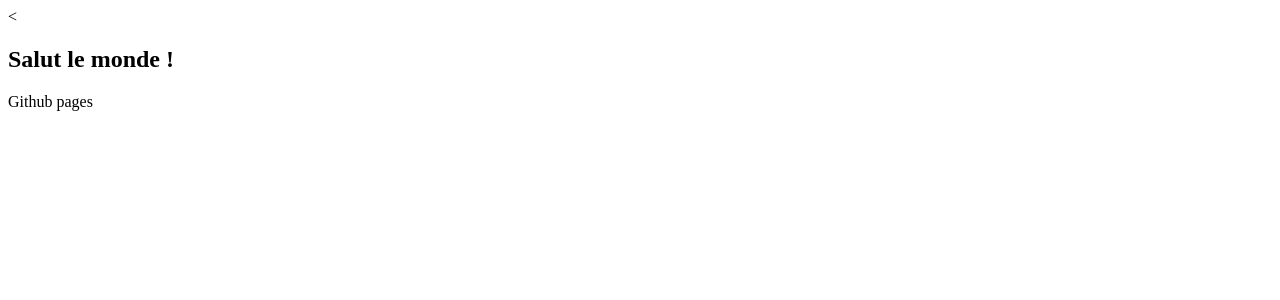
Repository: CarmenFerlatte/demoGithubPages
Page: index.html
These files come from the project's save history. The page is drawn as it stood at one moment and after a run of saves; the edit follows.
The browser window is 1280 px wide. The pictures show the whole page.

Above is the page before, as saved 2024-08-08 22:43:23.

### index.html
<!DOCTYPE html>
<html lang="fr-ca">
<head>
    <meta charset="UTF-8">
    <meta name="viewport" content="width=device-width, initial-scale=1.0">
    <title>Hello World !</title>
    <
</head>
<body>
    <main>
        <section class="container">
            <h1>Salut le monde !</h1>
            <p>Github pages</p>
        </section>

    </main>
</body>
</html>

### css/style.css
*{
    margin: 0;
    padding: 0;
    box-sizing: border-box;
}

body{
    font-family: 'Poppins', sans-serif;
    background-color: #f1f1f1;
}

h1 {
    font-size: 2.5rem;
    font-weight: 600;
    color: #333;
    margin-bottom: 1rem;
}

p {
    font-size: 1rem;
    color: #333;
    margin-bottom: 1rem;
}

After the next 3 saves:
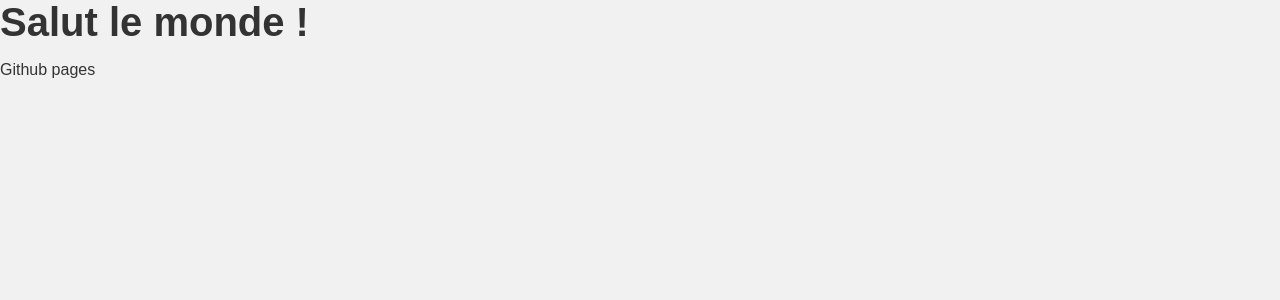
The 3 saves are shown as one change because they came seconds apart.
The last was saved 9 s later.
--- a/index.html
+++ b/index.html
@@ -4,7 +4,8 @@
     <meta charset="UTF-8">
     <meta name="viewport" content="width=device-width, initial-scale=1.0">
     <title>Hello World !</title>
-    <
+    <link rel="stylesheet" href="style.css">
+    <lin
 </head>
 <body>
     <main>
